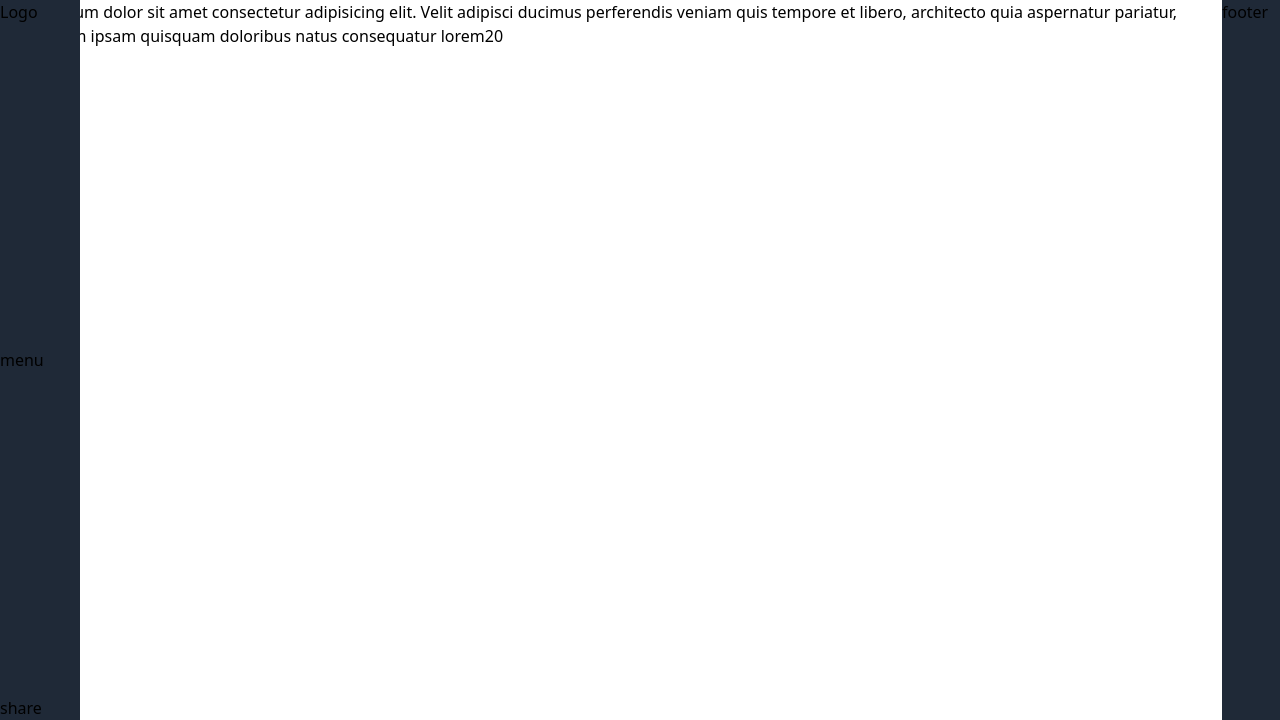
Repository: linco6054/template-tailwindcss
Page: index.html
The author's editor kept a copy of each file at every save. The page is drawn from the files as they stood at one save, then again after a run of saves.
The browser window is 1280 px wide. The pictures show the whole page.

Above is the page before, as saved 2021-08-17 13:46:25.

### index.html
<!DOCTYPE html>
<html lang="en">
  <head>
    <meta charset="UTF-8" />
    <meta http-equiv="X-UA-Compatible" content="IE=edge" />
    <meta name="viewport" content="width=device-width, initial-scale=1.0" />
    <link
      href="https://unpkg.com/tailwindcss@^2/dist/tailwind.min.css"
      rel="stylesheet"
    />

    <title>Document</title>
  </head>
  <body
    class="max-w-screen flex sm:flex-col md:flex-row h-auto w-screen relative"
  >
    <nav
      class="
        fixed
        top-0
        h-14
        md:min-h-screen
        bg-gray-800
        sm:w-full
        md:w-20
        flex
        md:flex-col md:justify-between
      "
    >
      <div>Logo</div>
      <div>menu</div>
      <div>share</div>
    </nav>
    <div class="flex-auto min-h-screen">
      Lorem ipsum dolor sit amet consectetur adipisicing elit. Velit adipisci
      ducimus perferendis veniam quis tempore et libero, architecto quia
      aspernatur pariatur, laudantium ipsam quisquam doloribus natus consequatur
      lorem20
    </div>
    <footer class="md:min-h-screen bg-gray-800 sm:w-full md:w-20">
      footer
    </footer>
  </body>
</html>

After the next 2 saves:
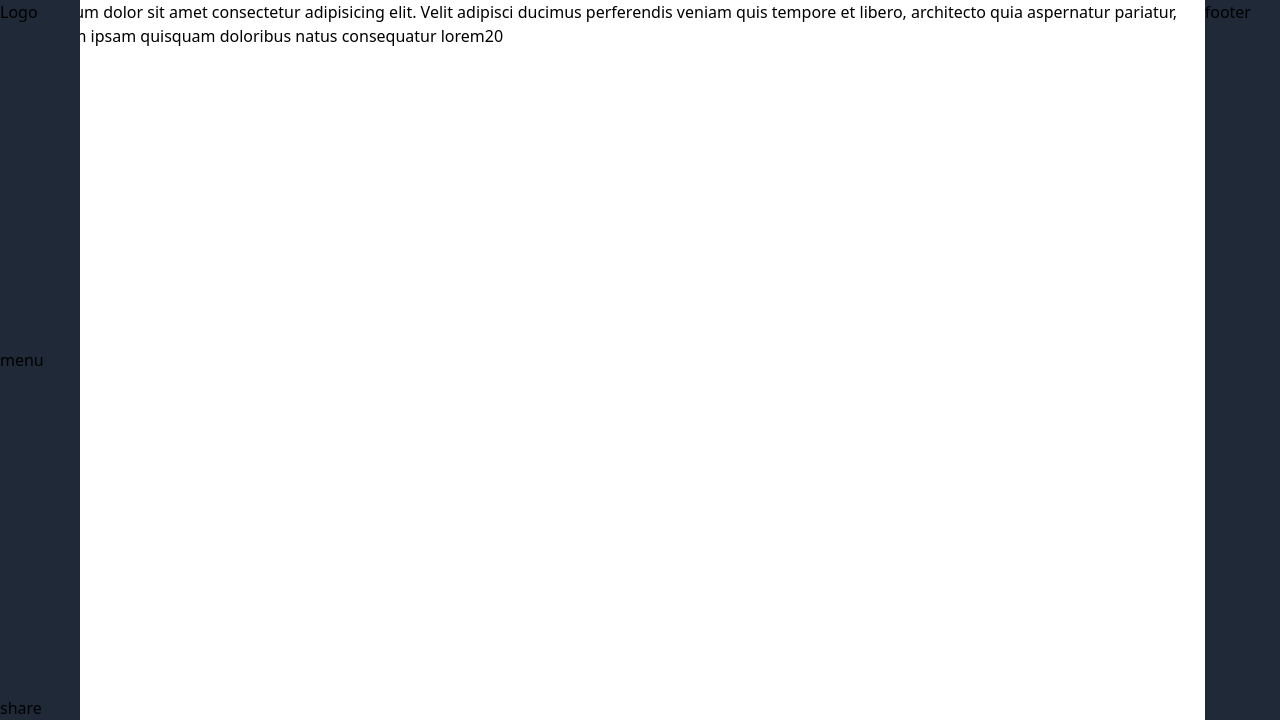
The 2 saves are shown as one change because they came seconds apart.
The last was saved 36 s later.
--- a/index.html
+++ b/index.html
@@ -31,7 +31,7 @@
       <div>menu</div>
       <div>share</div>
     </nav>
-    <div class="flex-auto min-h-screen">
+    <div class="flex-auto min-h-screen container">
       Lorem ipsum dolor sit amet consectetur adipisicing elit. Velit adipisci
       ducimus perferendis veniam quis tempore et libero, architecto quia
       aspernatur pariatur, laudantium ipsam quisquam doloribus natus consequatur

After the save that followed:
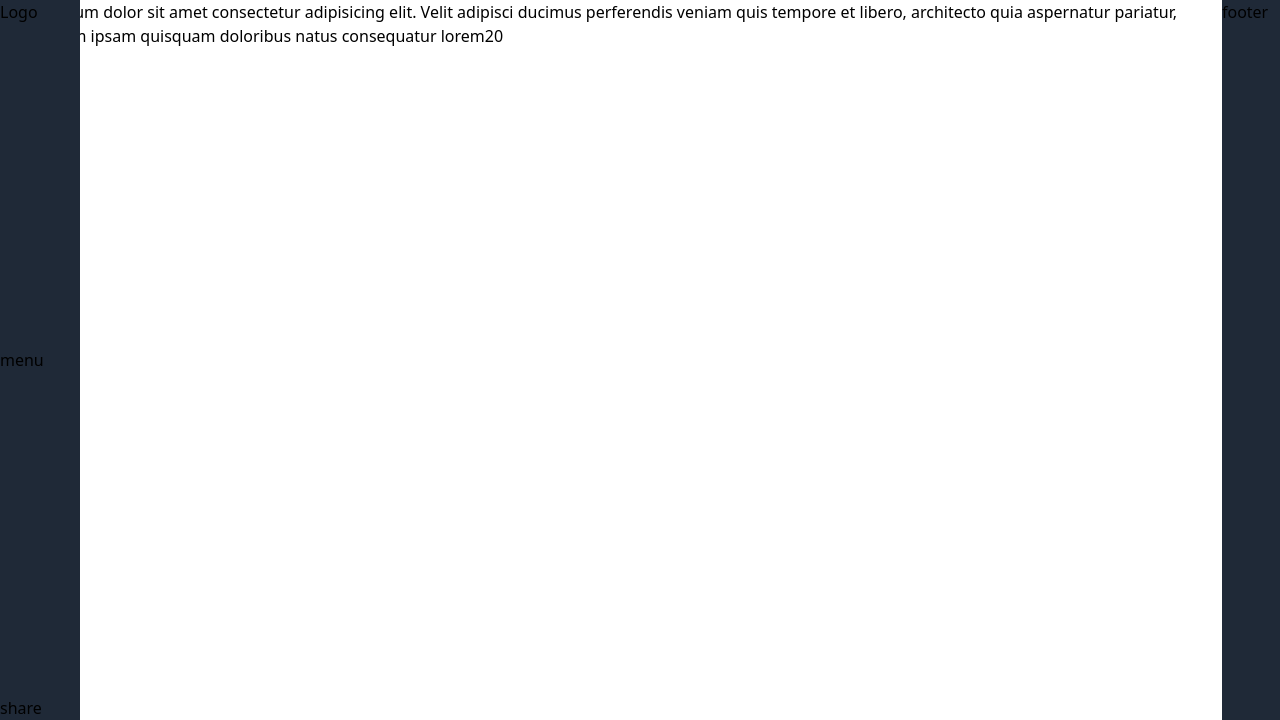
Saved 19 s later.
--- a/index.html
+++ b/index.html
@@ -31,7 +31,7 @@
       <div>menu</div>
       <div>share</div>
     </nav>
-    <div class="flex-auto min-h-screen container">
+    <div class="flex-auto min-h-screen">
       Lorem ipsum dolor sit amet consectetur adipisicing elit. Velit adipisci
       ducimus perferendis veniam quis tempore et libero, architecto quia
       aspernatur pariatur, laudantium ipsam quisquam doloribus natus consequatur
